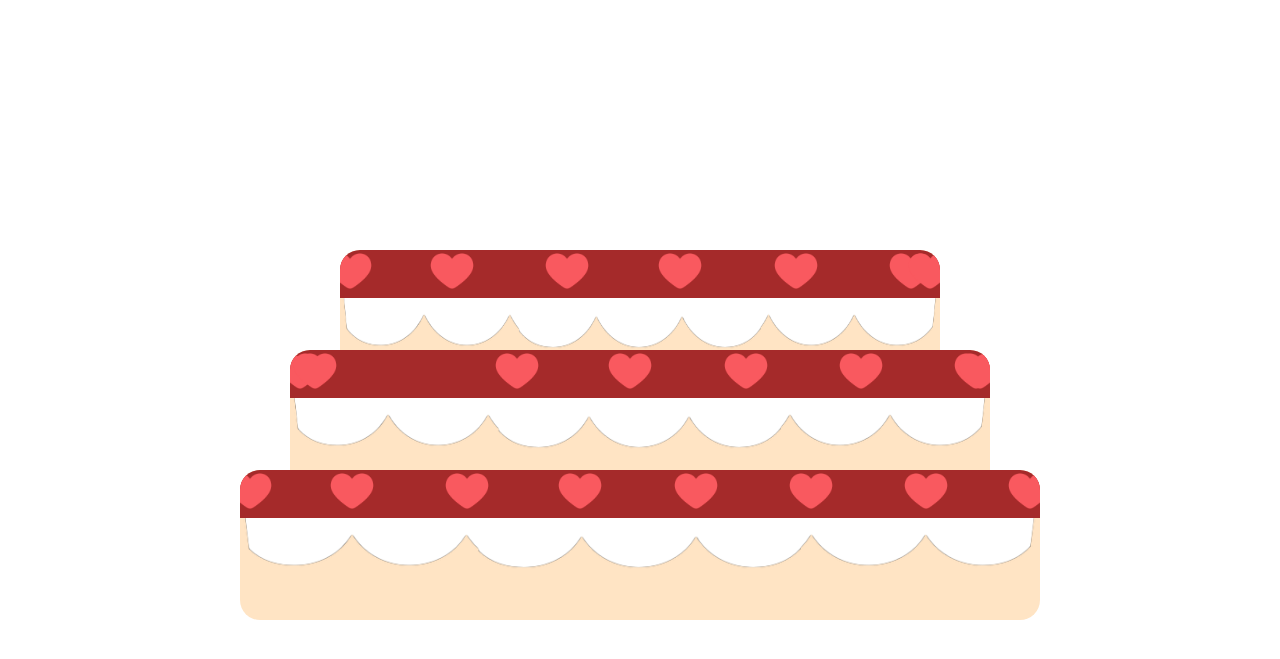
Repository: iphoneboy46/happybirthday
Page: index.html
These files come from the project's save history. The page is drawn as it stood at one moment and after the next save; the edit follows.
The browser window is 1280 px wide. The pictures show the whole page.

Above is the page before, as saved 2022-11-28 14:48:57.

### index.html
<!DOCTYPE html>
<html lang="en">
  <head>
    <meta charset="UTF-8" />
    <meta http-equiv="X-UA-Compatible" content="IE=edge" />
    <meta name="viewport" content="width=device-width, initial-scale=1.0" />
    <title>Happy Birthday</title>
    <link rel="stylesheet" href="style.css" />
  </head>
  <body>
    <div class="container">
      <div class="cake">
        <div class="top--cake">
            <div class="img-wavy">
              <img src="image/img1.png" alt="" />
            </div>

            <div class="img-heart-1">
              <img src="image/heart.png" alt="" />
            </div>
            <div class="img-heart-2">
              <img src="image/heart.png" alt="" />
            </div>
            <div class="img-heart-3">
              <img src="image/heart.png" alt="" />
            </div>
            <div class="img-heart-4">
              <img src="image/heart.png" alt="" />
            </div>
            <div class="img-heart-5">
              <img src="image/heart.png" alt="" />
            </div>
            <div class="img-heart-6">
              <img src="image/heart.png" alt="" />
            </div>
            <div class="img-heart-7">
              <img src="image/heart.png" alt="" />
            </div>
            <div class="img-heart-8">
              <img src="image/heart.png" alt="" />
            </div>

            <div class="border-cake"></div>
          </div>
        <div class="center--cake">
          <div class="img-wavy">
            <img src="image/img1.png" alt="" />
          </div>
          <div class="img-heart-1--center">
            <img src="image/heart.png" alt="" />
          </div>
          <div class="img-heart-2--center">
            <img src="image/heart.png" alt="" />
          </div>
          <div class="img-heart-3--center">
            <img src="image/heart.png" alt="" />
          </div>
          <div class="img-heart-4--center">
            <img src="image/heart.png" alt="" />
          </div>
          <div class="img-heart-5--center">
            <img src="image/heart.png" alt="" />
          </div>
          <div class="img-heart-6--center">
            <img src="image/heart.png" alt="" />
          </div>
          <div class="img-heart-7--center">
            <img src="image/heart.png" alt="" />
          </div>
          <div class="img-heart-8--center">
            <img src="image/heart.png" alt="" />
          </div>

          <div class="border-cake"></div>
        </div>
        <div class="bottom--cake">
          <div class="img-wavy">
            <img src="image/img1.png" alt="" />
          </div>

          <div class="img-heart-1">
            <img src="image/heart.png" alt="" />
          </div>
          <div class="img-heart-2">
            <img src="image/heart.png" alt="" />
          </div>
          <div class="img-heart-3">
            <img src="image/heart.png" alt="" />
          </div>
          <div class="img-heart-4">
            <img src="image/heart.png" alt="" />
          </div>
          <div class="img-heart-5">
            <img src="image/heart.png" alt="" />
          </div>
          <div class="img-heart-6">
            <img src="image/heart.png" alt="" />
          </div>
          <div class="img-heart-7">
            <img src="image/heart.png" alt="" />
          </div>
          <div class="img-heart-8">
            <img src="image/heart.png" alt="" />
          </div>

          <div class="border-cake"></div>
        </div>
      </div>
    </div>
  </body>
</html>

### style.css
*{
    padding: 0;
    margin: 0;
    box-sizing: border-box;
}

.container{
   height: 100vh;
   display: flex;
   justify-content: center;
   align-items: flex-end;
}

.cake{
    display: flex;
    flex-direction: column;
    justify-content:center;
    align-items:center
}


.top--cake{
    position: relative;
    overflow: hidden;
    width: 600px;
    height:100px;
    background-color: bisque;
    border-top-left-radius:20px;
    border-top-right-radius:20px;

}



.center--cake{
    position: relative;
    overflow: hidden;
    width: 700px;
    height:120px;
    background-color: bisque;
    border-top-left-radius:20px;
    border-top-right-radius:20px;

}


.bottom--cake{
    position: relative;
    overflow: hidden;
    width: 800px;
    height:150px;
    background-color: bisque;
    border-radius:20px;
    margin-bottom: 100px;
}



.img-wavy{
    width: 100%;
    height: 100px;
}

.img-wavy img{
    width: 100%;
    height: 100%;
}

.img-heart-1{
    z-index: 3;
    position: absolute;
    top: -4px;
    left: -15px;
    width:50px;
    height:50px;
}


.img-heart-1 img{
    width: 100%;
    height: 100%;
}

.img-heart-2{
    z-index: 3;
    position: absolute;
    top: -4px;
    left: 87px;
    width:50px;
    height:50px;
}


.img-heart-2 img{
    width: 100%;
    height: 100%;
}


.img-heart-3{
    z-index: 3;
    position: absolute;
    top: -4px;
    left: 202px;
    width:50px;
    height:50px;
}


.img-heart-3 img{
    width: 100%;
    height: 100%;
}

.img-heart-4{
    z-index: 3;
    position: absolute;
    top: -4px;
    left: 315px;
    width:50px;
    height:50px;
}


.img-heart-4 img{
    width: 100%;
    height: 100%;
}

.img-heart-5{
    z-index: 3;
    position: absolute;
    top: -4px;
    left: 431px;
    width:50px;
    height:50px;
}


.img-heart-5 img{
    width: 100%;
    height: 100%;
}

.img-heart-6{
    z-index: 3;
    position: absolute;
    top: -4px;
    left: 546px;
    width:50px;
    height:50px;
}


.img-heart-6 img{
    width: 100%;
    height: 100%;
}

.img-heart-7{
    z-index: 3;
    position: absolute;
    top: -4px;
    left: 661px;
    width:50px;
    height:50px;
}


.img-heart-7 img{
    width: 100%;
    height: 100%;
}

.img-heart-8{
    z-index: 3;
    position: absolute;
    top: -4px;
    right: -15px;
    width:50px;
    height:50px;
}


.img-heart-8 img{
    width: 100%;
    height: 100%;
}



.border-cake{
    z-index: 2;
    position: absolute;
    top: 0;
    width: 100%;
    height: 48px;
    background-color: brown;
}


.img-heart-1--center{
    z-index: 3;
    position: absolute;
    top: -4px;
    left: -15px;
    width:50px;
    height:50px;
}


.img-heart-1--center img{
    width: 100%;
    height: 100%;
}

.img-heart-2--center{
    z-index: 3;
    position: absolute;
    top: -4px;
    left: 7apx;
    width:50px;
    height:50px;
}


.img-heart-2--center img{
    width: 100%;
    height: 100%;
}


.img-heart-3--center{
    z-index: 3;
    position: absolute;
    top: -4px;
    left: 202px;
    width:50px;
    height:50px;
}


.img-heart-3--center img{
    width: 100%;
    height: 100%;
}

.img-heart-4--center{
    z-index: 3;
    position: absolute;
    top: -4px;
    left: 315px;
    width:50px;
    height:50px;
}


.img-heart-4--center img{
    width: 100%;
    height: 100%;
}

.img-heart-5--center{
    z-index: 3;
    position: absolute;
    top: -4px;
    left: 431px;
    width:50px;
    height:50px;
}


.img-heart-5--center img{
    width: 100%;
    height: 100%;
}

.img-heart-6--center{
    z-index: 3;
    position: absolute;
    top: -4px;
    left: 546px;
    width:50px;
    height:50px;
}


.img-heart-6--center img{
    width: 100%;
    height: 100%;
}

.img-heart-7--center{
    z-index: 3;
    position: absolute;
    top: -4px;
    left: 661px;
    width:50px;
    height:50px;
}


.img-heart-7--center img{
    width: 100%;
    height: 100%;
}

.img-heart-8--center{
    z-index: 3;
    position: absolute;
    top: -4px;
    right: -15px;
    width:50px;
    height:50px;
}


.img-heart-8--center img{
    width: 100%;
    height: 100%;
}

After the next save:
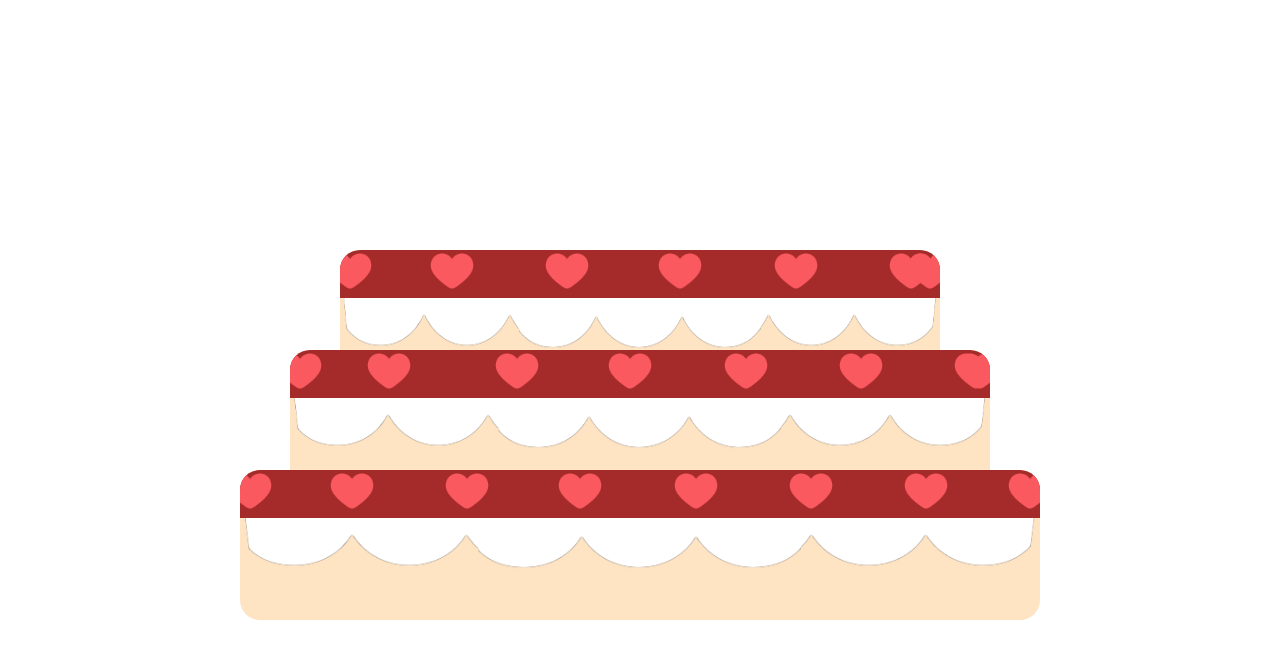
Saved 4 s later.
--- a/style.css
+++ b/style.css
@@ -218,7 +218,7 @@
     z-index: 3;
     position: absolute;
     top: -4px;
-    left: 7apx;
+    left: 74px;
     width:50px;
     height:50px;
 }
